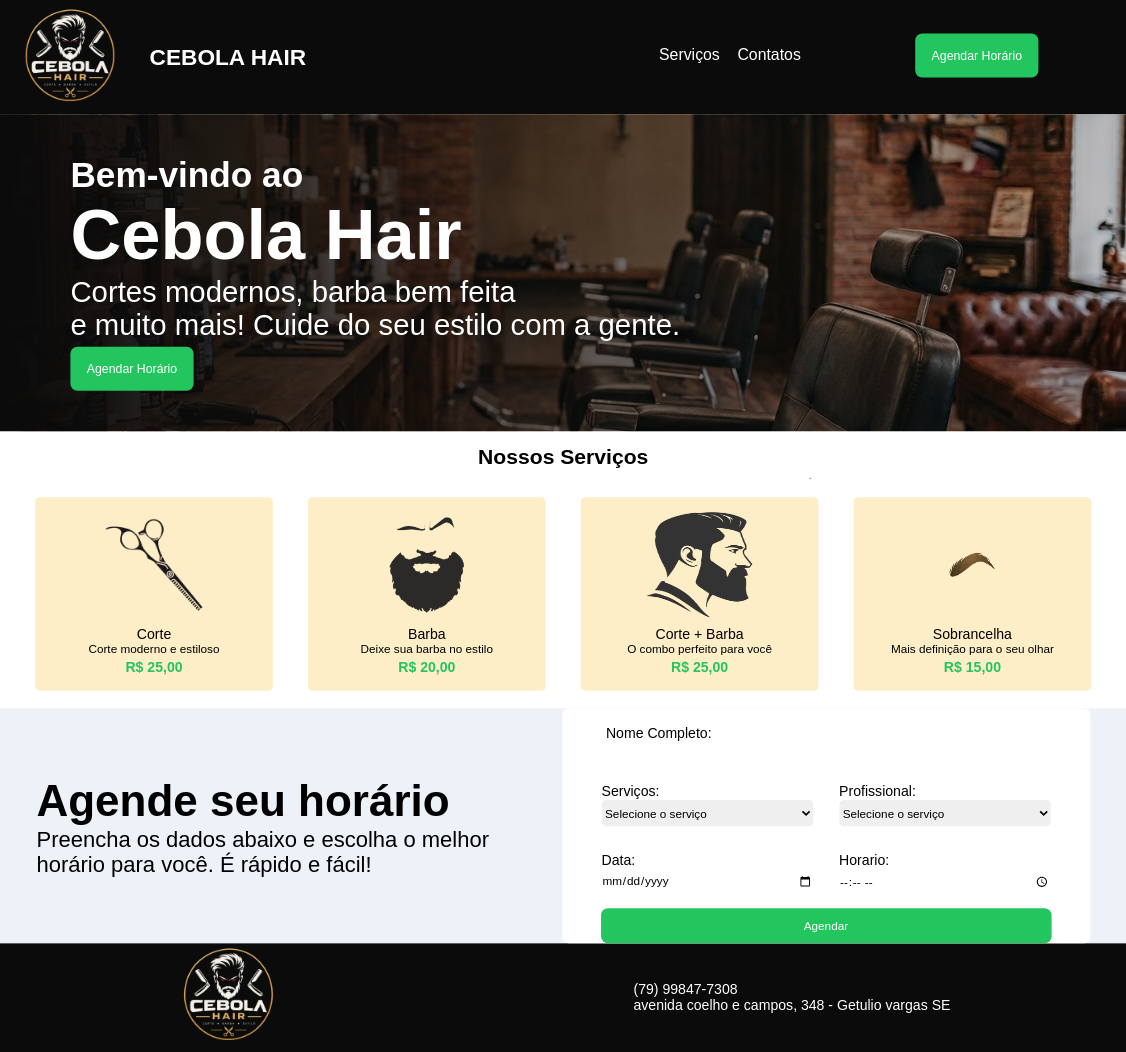
Repository: antonymsantana-design/final.activitie1
Page: index.html
An editor plug-in stored every save of this project. The page is shown before and after a run of saves, followed by the edit.
The browser window is 1280 px wide. The pictures show the whole page, at 88% of full size.

Above is the page before, as saved 2026-09-15 20:09:20.

### index.html
<!doctype html>
<html lang="pt-br">
  <head>
    <meta charset="UTF-8" />
    <meta name="viewport" content="width=device-width, initial-scale=1.0" />
    <title>Cebola Hair</title>
    <link rel="stylesheet" href="style.css" />
    <script src="../final.activitie1/script.js" defer></script>
  </head>
  <header>
    <div class="conteudoH" id="conteudoH">
      <div class="imagem" id="imagem">
        <img
          src="image/logoC.png"
          alt="logo"
          class="logoIMG"
          id="logoIMG"
        />
        <h3 class="logoH">CEBOLA HAIR</h3>
      </div>
      <div class="direitaH">
        <div class="links" id="links">
          <a href="#" class="aLinks">Serviços</a>
          <a href="#" class="aLinks">Contatos</a>
        </div>
        <div class="btnDiv" id="btnDiv">
          <button class="btn" id="btn">
            <div class="btnTxt" id="btnTxt">
              <p>Agendar Horário</p>
            </div>
          </button>
        </div>
      </div>
    </div>
  </header>

  <body>
    <div class="conteudo">
      <div class="texto">
        <h4>Bem-vindo ao</h4>
        <h1>Cebola Hair</h1>
        <small
          >Cortes modernos, barba bem feita <br />
          e muito mais! Cuide do seu estilo com a gente.</small
        >
        <button class="btn" id="btn">
          <div class="btnTxt" id="btnTxt">
            <p>Agendar Horário</p>
          </div>
        </button>
      </div>
    </div>

    <h2 class="Our">Nossos Serviços</h2>
    <hr />

    <div class="cards">
      <div class="card">
        <img src="image/corte.webp" alt="tisora" class="icone" />
        <p>Corte</p>
        <small>Corte moderno e estiloso</small>
        <h4>R$ 25,00</h4>
      </div>
      <div class="card">
        <img src="image/barba(png).png" alt="tisora" class="icone" />
        <p>Barba</p>
        <small>Deixe sua barba no estilo</small>
        <h4>R$ 20,00</h4>
      </div>
      <div class="card">
        <img src="image/barba+corte(png).png" alt="tisora" class="icone" />
        <p>Corte + Barba</p>
        <small>O combo perfeito para você</small>
        <h4>R$ 25,00</h4>
      </div>
      <div class="card">
        <img
          src="image/Design sem nome.png"
          alt="tisora"
          class="icone"
        />
        <p>Sobrancelha</p>
        <small>Mais definição para o seu olhar</small>
        <h4>R$ 15,00</h4>
      </div>
    </div>

    <div class="agendar" id="agendar">
      <div class="esq">
        <h1>Agende seu horário</h1>
        <p>
          Preencha os dados abaixo e escolha o melhor <br />
          horário para você. É rápido e fácil!
        </p>
      </div>

      <div class="form">
        <div class="formCima">
            <div class="cimacima">
        <label for="nome">Nome Completo:</label><br/>
        <input type="text" name="nome" id="nome" class="forms"/>
        </div>
        </div><br/>

         <div class="quadrado">
        <div class="1">
          <label for="serv">Serviços:</label>
          <select name="serv" id="serv" class="formu">
            <option value="">Selecione o serviço</option>
            <option value="corte">Corte</option>
            <option value="barba">Barba</option>
            <option value="cort+barba">Corte + Barba</option>
            <option value="sobrancelha">Sobrancelha</option>
          </select>
          </div>

          <div class="2">
            <label for="prof">Profissional:</label>
            <select name="prof" id="prof" class="formu">
              <option value="">Selecione o serviço</option>
              <option value="cebola">Cebola</option>
            </select>
            </div>
            <div class="3">
              <label for="data">Data:</label> <br>
              <input type="date" name="data" id="data" class="formu"/>
            </div>
            <div class="4">
              <label for="hora">Horario:</label> <br>
              <input type="time" name="hora" id="hora" class="formu"/>
            </div>
          </div>
          <div class="btnAgendar">
           <button type="button" class="agendarbtn">Agendar</button>
            </div>
          </div>
      </div>
    </div>
  </body>
  <footer>
    <div class="direita">
      <img
        src="image/logoC.png"
        alt="logo"
        class="logoIMG"
        id="logoIMG"
      />
    </div>

    <div class="esquerda">
      <p>(79) 99847-7308</p>
      <p>avenida coelho e campos, 348 - Getulio vargas SE</p>
    </div>
  </footer>
</html>

### style.css
* {
    padding: 0px;
    margin: 0px;
    font-family: Arial, Helvetica, sans-serif;
}

header {
    background-color: #0B0B0B;
    height: 130px;
}

small {
    padding-bottom: 5px;
}

.conteudoH {
    display: flex;
    justify-content: space-between;
    padding-right: 100px;
    align-items: center;
}

.imagem {
    margin-left: 20px;
    margin-top: 5px;
    display: flex;
    justify-content: center;
    align-items: center;
    gap: 30px;
    font-weight: 600;
    font-size: 22px;
}

.logoIMG {
    width: 120px;
    height: 120px;
    cursor: pointer;
}

.logoH {
    color: white;

}

.links {
    display: flex;
    gap: 20px;
    justify-content: center;
    padding-right: 130px;
    font-size: 18px;
}

.links a {
    text-decoration: none;
    color: white;
    transition: 0.5s ease;
}

.aLinks:hover {
    transform: translateY(-5px);
    box-shadow: 0 4px 10px rgba(0, 0, 0, 0.15);
    background-color: #F0C56A;
    color: #F5F5F5;
    border-radius: 5px;
    width: 120px;
    height: 30px;
    display: flex;
    justify-content: center;
    align-items: center;
}

.btnDiv {
    display: flex;
}

.btn {
    display: flex;
    justify-content: center;
    width: 140px;
    height: 50px;
    background-color: #22C55E;
    border: none;
    color: white;
    align-items: center;
    border-radius: 8px;
    transition: 0.3s ease;
    cursor: pointer;
    font-size: 14px;
}

.btn:hover {
    transform: translateY(-5px);
    box-shadow: 0 8px 15px rgba(0, 0, 0, 0.4);
}

.direitaH {
    display: flex;
    justify-content: center;
    align-items: center;
}

.conteudo {
    background-image: url(image/Gemini_Generated_Image_hbetqjhbetqjhbet.jpg);
    background-repeat: no-repeat;
    background-size: cover;
    background-position: center;
    height: 50vh;
    color: white;
}

.texto {
    padding-left: 80px;
    font-size: 40px;
    display: flex;
    flex-direction: column;
    justify-content: center;
    height: 50vh;
    background: linear-gradient(to right, #0B0B0B, #15151531);

}

.card {
    background-color: #FDEEC7;
    width: 270px;
    height: 220px;
    display: flex;
    flex-direction: column;
    justify-content: center;
    align-items: center;
    border-radius: 5px;
}

.cards {
    display: flex;
    justify-content: center;
    gap: 40px;
    padding-top: 20px;
    padding-bottom: 20px;
}

.card h4 {
    color: #22C55E;
}

.icone {
    width: 120px;
    height: 120px;
    padding-bottom: 10px;
}

.Our {
    padding-top: 15px;
    text-align: center;
    padding-bottom: 10px;
}

hr {
    color: #22C55E;
    text-align: center;
    margin-left: 920px;
    margin-right: 920px;
}

.agendar{
    display: flex;
    justify-content: space-around;
    align-items: center;
    background-color: #ECF2F7;
}

.form{
    background-color: white;
    width: 600px;
    border-radius: 7px;
    display: flex;
    justify-content: center;
    flex-direction: column;
}

.formCima{
    padding-top: 20px;
    display: flex;
    justify-content: center;
    align-items: center;
    flex-direction: column;
}

.quadrado{
    display: grid;
    justify-content: center;
    grid-template-columns: repeat(2, 200px);
    gap: 30px;
    column-gap: 70px;
    margin-right: 40px;
}

.esq {
    font-size: 25px;
}

footer{
    display: flex;
    justify-content: space-around;
    align-items: center;
    background-color: #0B0B0B;
    color: white;
}

.formu{
    width: 240px;
    height: 30px;
    border-radius: 5px;
    border: none;
}

.forms{
    width: 500px;
    height: 30px;
    border-radius: 5px;
    border: none;
}

.agendarbtn{
    display: flex;
    justify-content: center;
    align-items: center;
    width: 512px;
    height: 40px;
    background-color: #22C55E;
    border: none;
    color: white;
    border-radius: 8px;
    transition: 0.3s ease;
    cursor: pointer;
    margin-top: 15px;
}

.agendarbtn:hover {
    transform: translateY(-5px);
}

.btnAgendar{
    display: flex;
    justify-content: center;
    align-items: center;
}

Loaded but not shown: script.js (no copy from this time; the picture is the same without it)

After the next 2 saves:
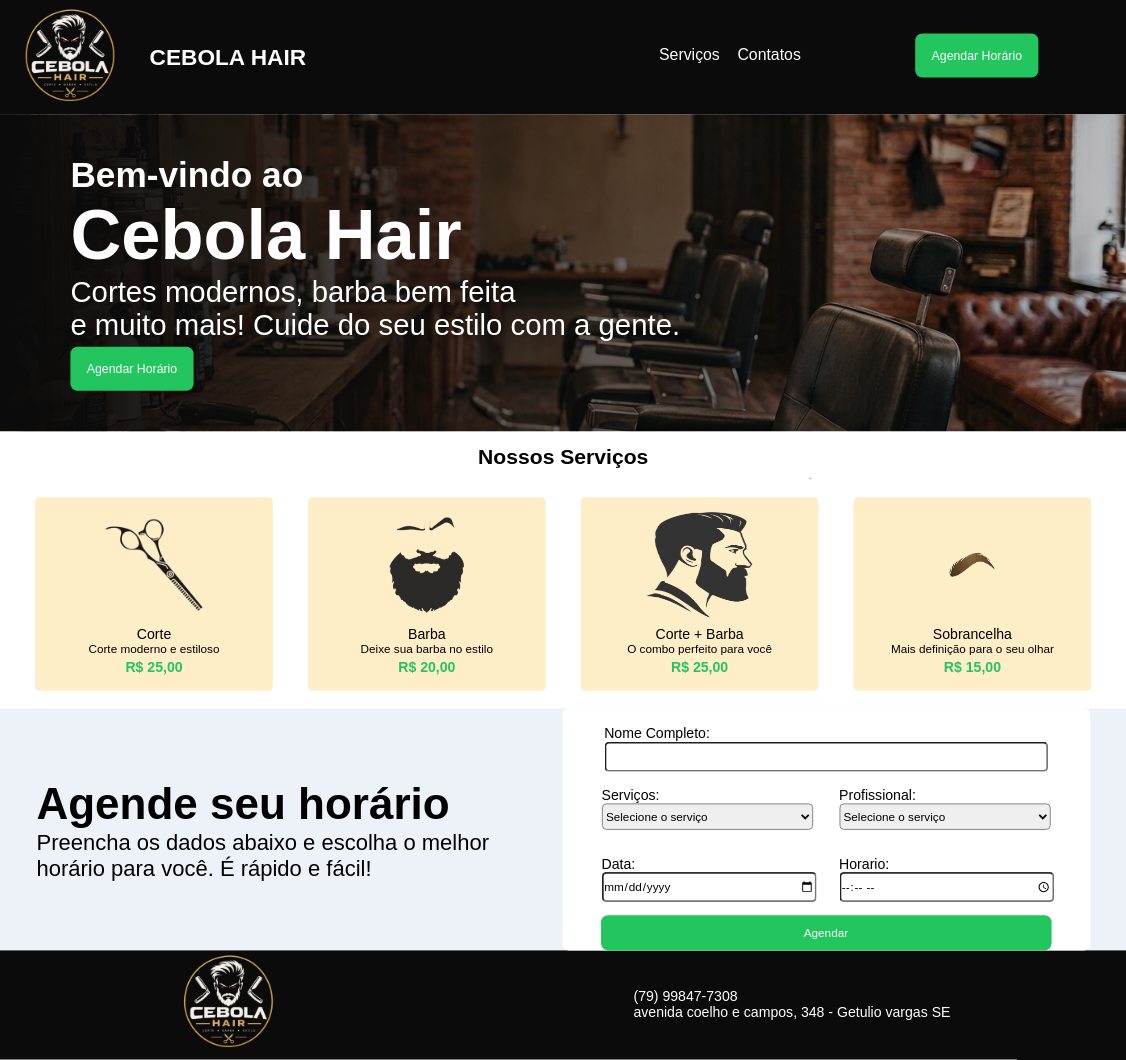
The 2 saves are shown as one change because they came seconds apart.
The last was saved 31 s later.
--- a/style.css
+++ b/style.css
@@ -210,14 +210,13 @@ footer{
     width: 240px;
     height: 30px;
     border-radius: 5px;
-    border: none;
 }
 
 .forms{
     width: 500px;
     height: 30px;
     border-radius: 5px;
-    border: none;
+
 }
 
 .agendarbtn{
